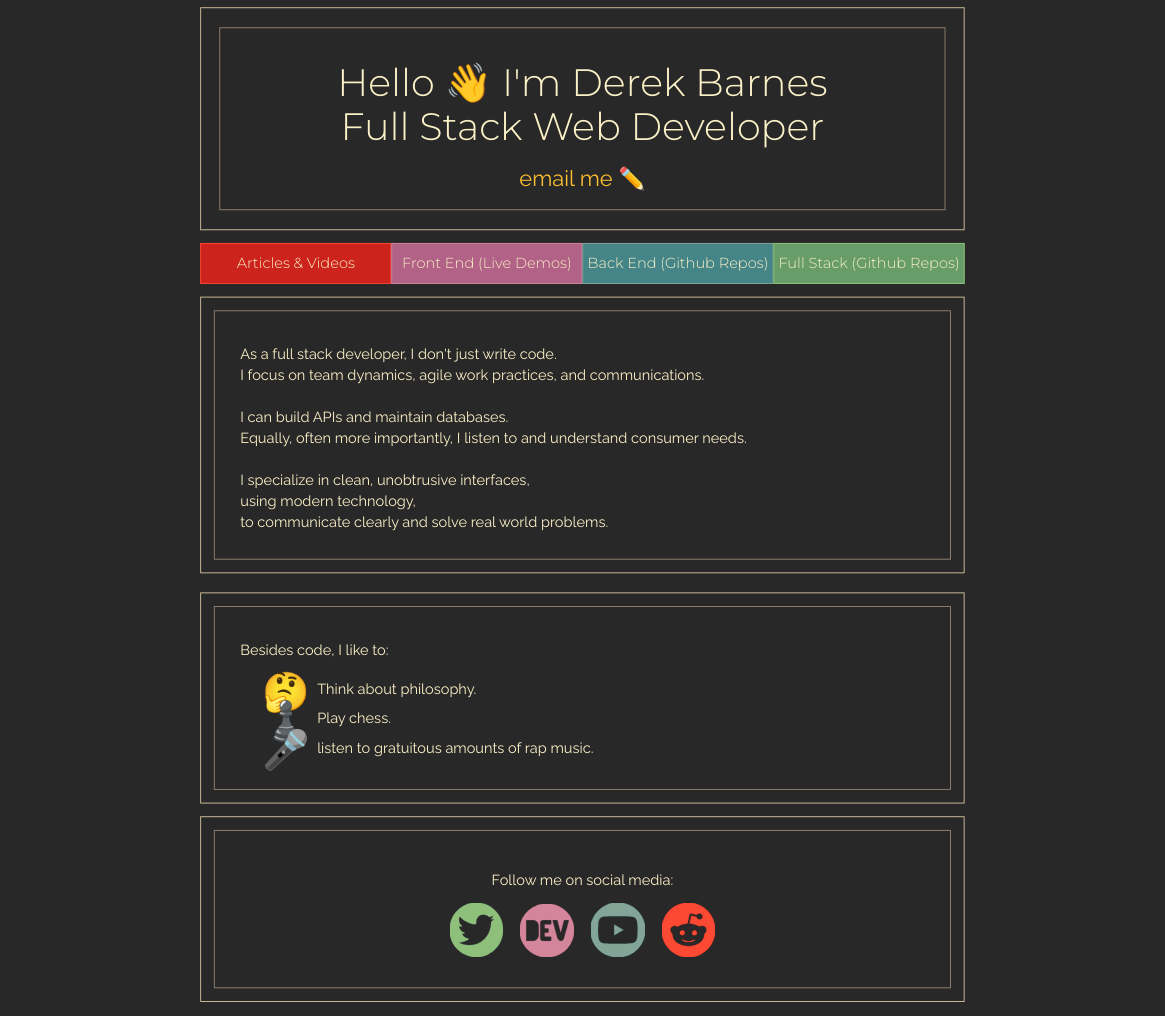
Repository: dsbarnes/groovy-blog
Page: index.html
These files come from the project's save history. The page is drawn as it stood at one moment and after a run of saves; the edit follows.
The browser window is 1280 px wide. The pictures show the whole page, at 91% of full size.
The style sheet was rebuilt from its Sass, Less or Tailwind sources for each picture, by a compiler version that may differ from the author's.

Above is the page before, as saved 2020-05-09 20:34:53.
Console error: TypeError: Cannot read properties of null (reading 'addEventListener')

After the next 2 saves:
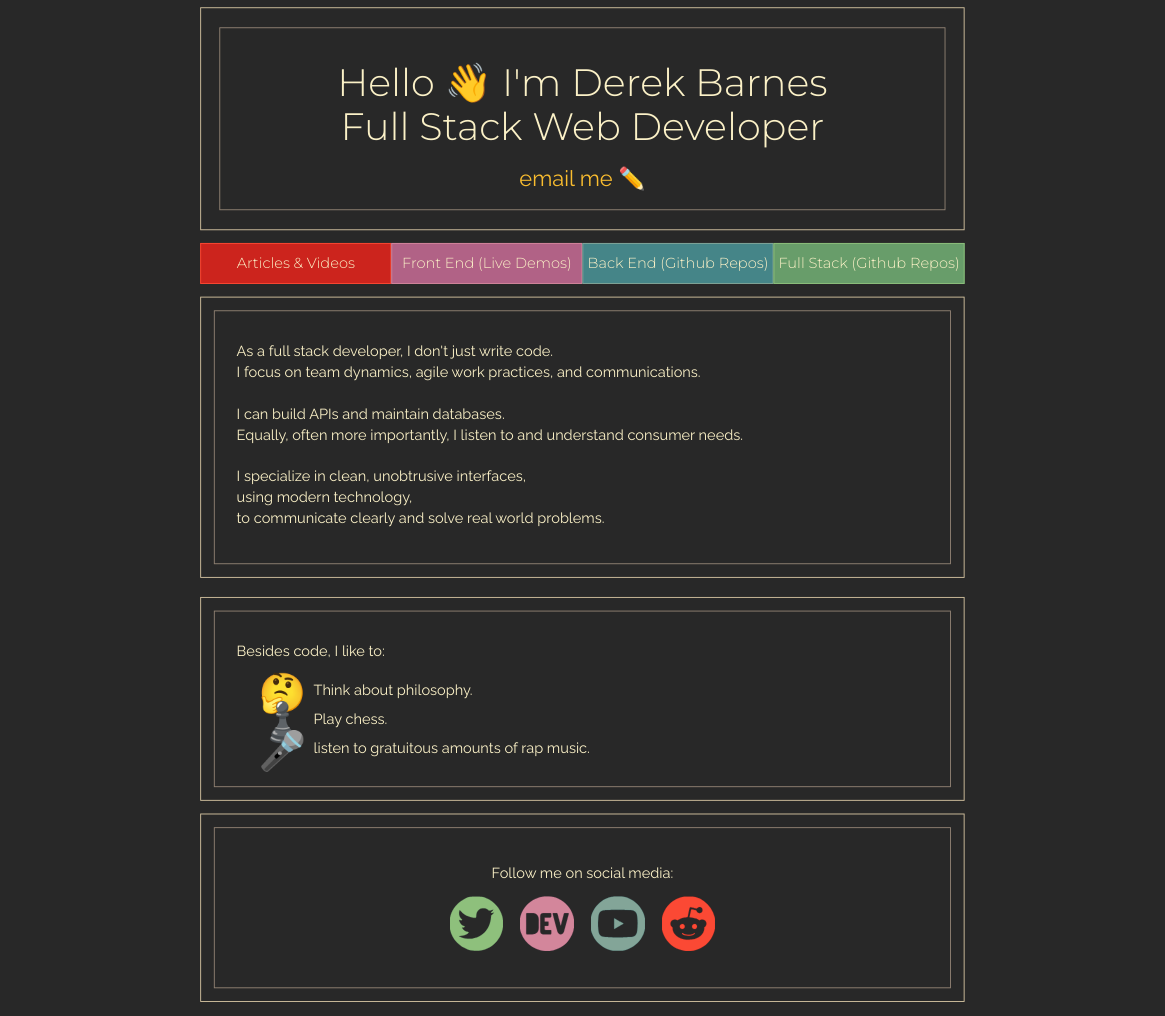
The 2 saves are shown as one change because they came seconds apart.
The last was saved 8 s later.
--- a/style.scss
+++ b/style.scss
@@ -117,8 +117,8 @@ body{ background-color: $background-color; color: $font-color }
   border: 1px solid $inner-border;
   height: calc(100% - $margin-pad-sizing*2);
   width: calc(100% - $margin-pad-sizing*2);
-  margin: $margin-pad-sizing auto 0 auto;
-  padding: $margin-pad-sizing*2;
+  margin: 14px auto 0 auto;
+  padding: 24px;
 }
 .double-border.collapsed { border: 0px solid white; }
 
